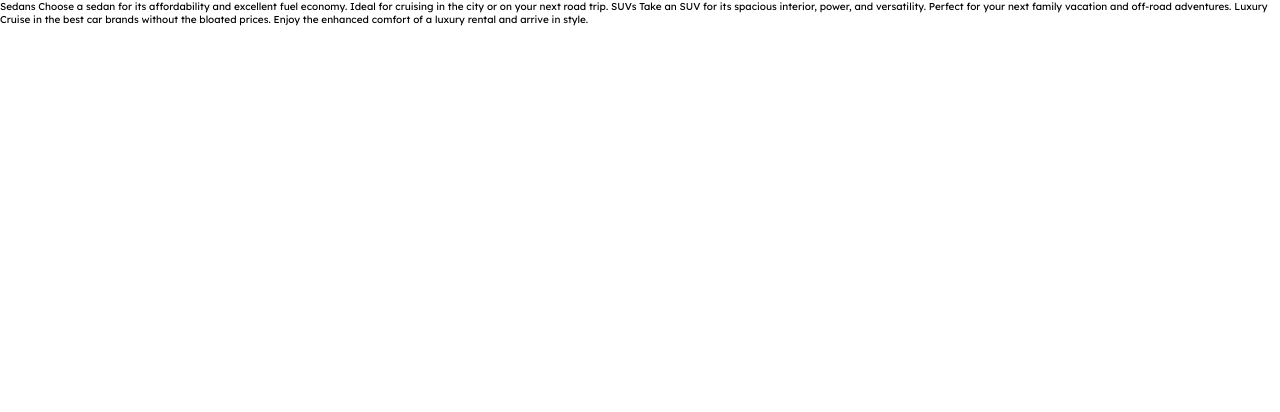
Repository: thaibaocoder1/3-column-card
Page: index.html
An editor plug-in stored every save of this project. The page is shown before and after the next save, followed by the edit.
The browser window is 1280 px wide. The pictures show the whole page.

Above is the page before, as saved 2023-01-11 20:40:15.

### index.html
<!DOCTYPE html>
<html lang="en">
<head>
  <meta charset="UTF-8">
  <meta name="viewport" content="width=device-width, initial-scale=1.0">
  <link rel="icon" type="image/png" sizes="32x32" href="./images/favicon-32x32.png">
  <title>Frontend Mentor | 3-column preview card component</title>
  <link rel="preconnect" href="https://fonts.googleapis.com">
  <link rel="preconnect" href="https://fonts.gstatic.com" crossorigin>
  <link href="https://fonts.googleapis.com/css2?family=Big+Shoulders+Display:wght@700&family=Lexend+Deca&display=swap" rel="stylesheet">
  <link rel="stylesheet" href="./styles.css">
</head>
<body>

  Sedans
  Choose a sedan for its affordability and excellent fuel economy. Ideal for cruising in the city
  or on your next road trip.

  SUVs
  Take an SUV for its spacious interior, power, and versatility. Perfect for your next family vacation
  and off-road adventures.

  Luxury
  Cruise in the best car brands without the bloated prices. Enjoy the enhanced comfort of a luxury
  rental and arrive in style.


</body>
</html>

### styles.css
* {
    margin: 0;
    padding: 0;
    box-sizing: border-box;
}
html {
    font-size: 62.5%;
}
body {
    text-rendering: optimizeLegibility;
    scroll-behavior: smooth;
    font-family: 'Big Shoulders Display', cursive;
    font-family: 'Lexend Deca', sans-serif;
}
:root {
    --bright-orange: hsl(31, 77%, 52%);
    --dark-cyan: hsl(184, 100%, 22%);
    --very-dark-cyan: hsl(179, 100%, 13%);
    --white-p:  hsla(0, 0%, 100%, 0.75);
    --light-gray: hsl(0, 0%, 95%);
}

After the next save:
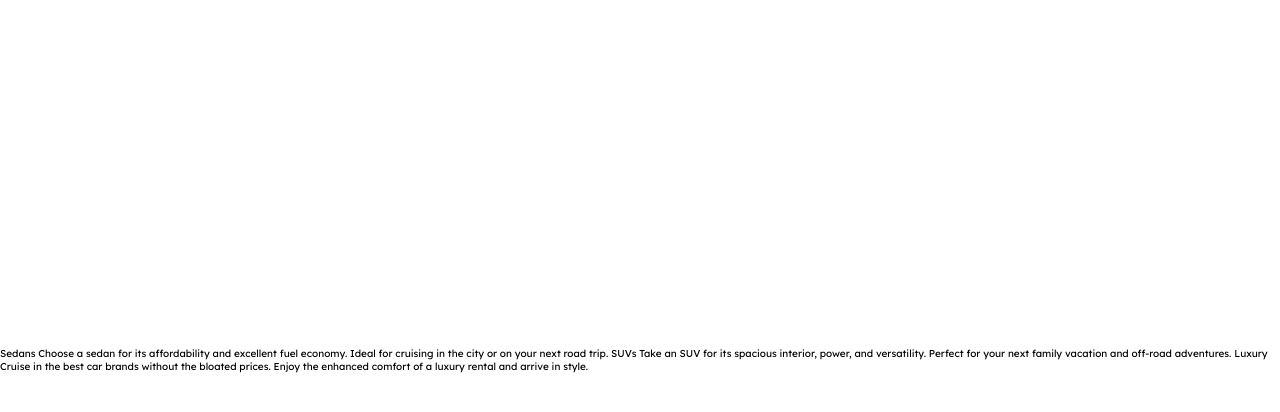
Saved 35 s later.
--- a/styles.css
+++ b/styles.css
@@ -11,6 +11,10 @@ body {
     scroll-behavior: smooth;
     font-family: 'Big Shoulders Display', cursive;
     font-family: 'Lexend Deca', sans-serif;
+    display: flex;
+    align-items: center;
+    justify-content: center;
+    min-height: calc(100vh - 1px);
 }
 :root {
     --bright-orange: hsl(31, 77%, 52%);
